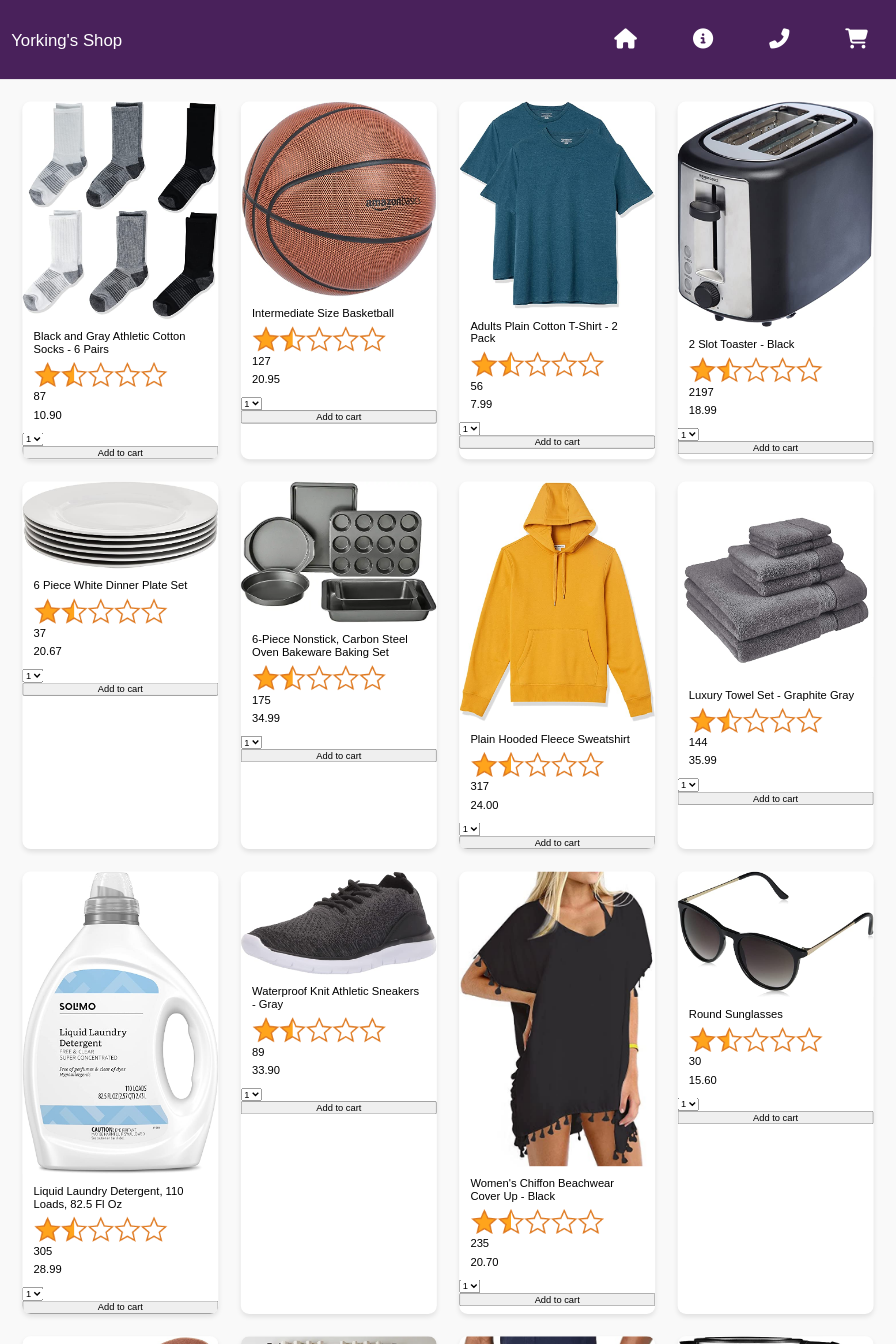
Repository: yorkings/eccomerce-website-in-js
Page: index.html
An editor plug-in stored every save of this project. The page is shown before and after a run of saves, followed by the edit.
The browser window is 1280 px wide. The pictures show the part of the page from y = 0 to 1920 px (the page is 7457 px tall), at 70% of full size.
Some web libraries are served in a nearby version.

Above is the page before, as saved 2025-05-24 17:15:47.

After the next 2 saves:
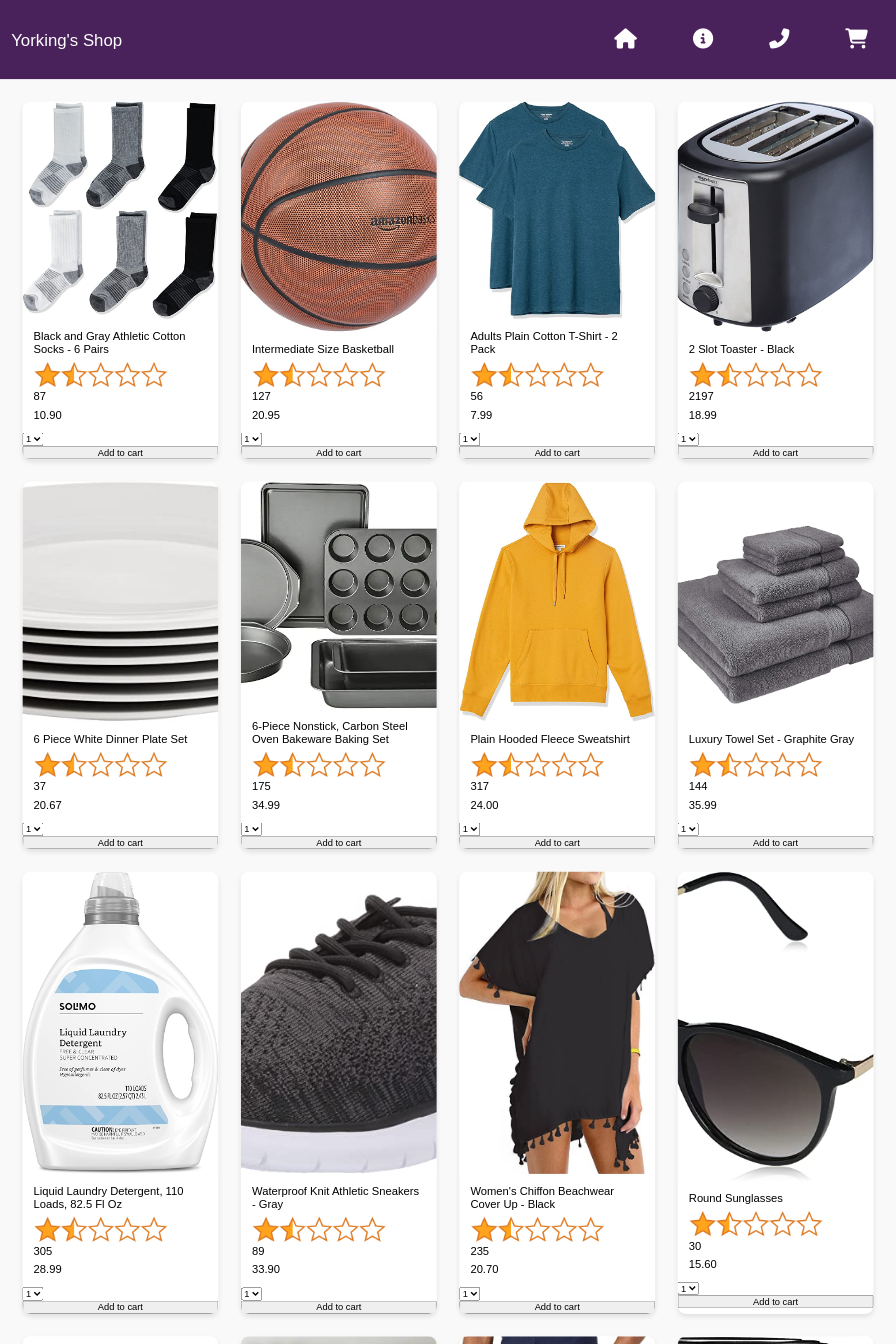
The 2 saves are shown as one change because they came seconds apart.
The last was saved 12 s later.
--- a/style.css
+++ b/style.css
@@ -75,7 +75,7 @@
   box-shadow: 0 8px 16px rgba(0,0,0,0.2);
 }
 .image{
-    height:;
+    height:70%;
     width: 100%;
     object-fit: cover;
 

After the save that followed:
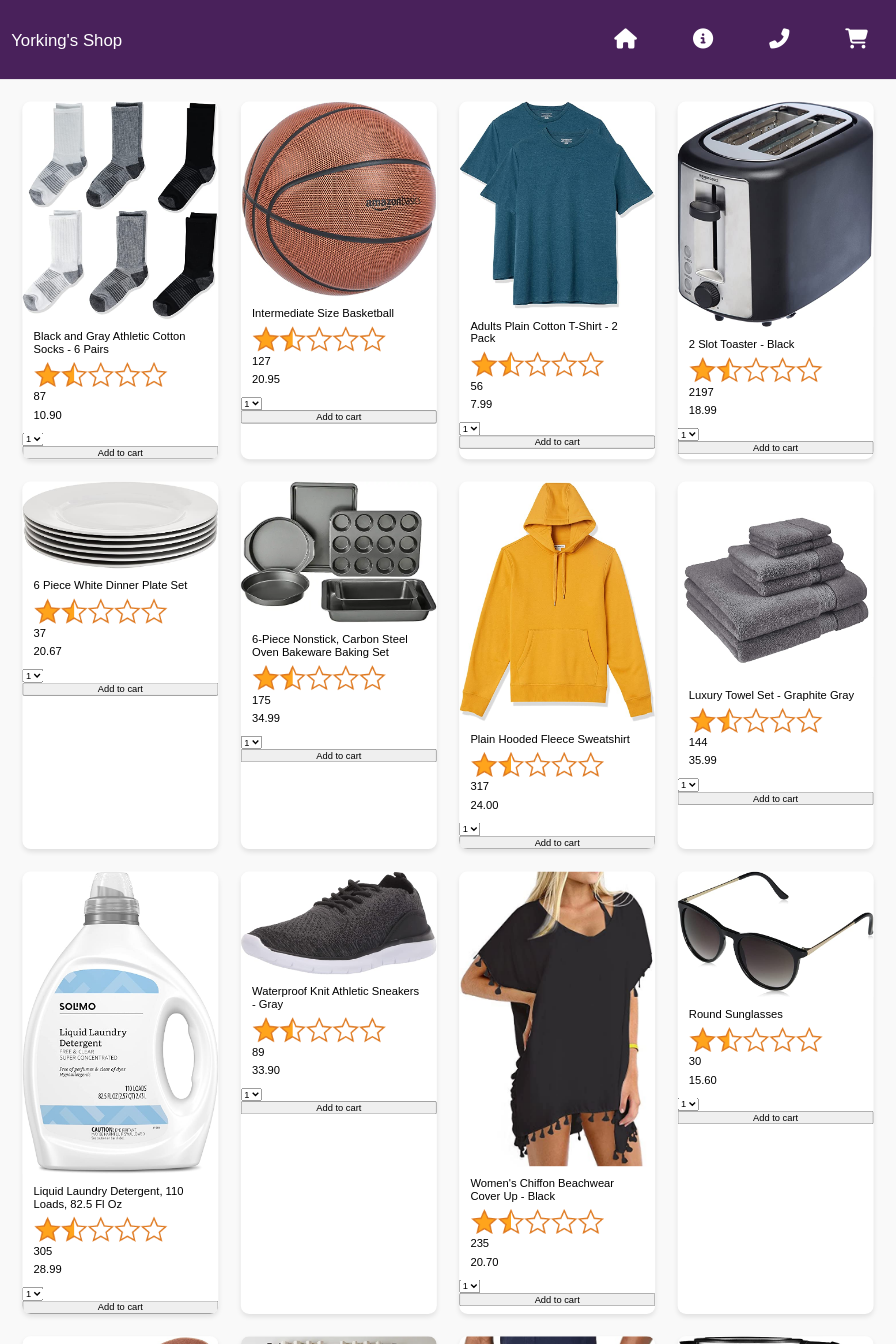
Saved 69 s later.
--- a/style.css
+++ b/style.css
@@ -75,7 +75,7 @@
   box-shadow: 0 8px 16px rgba(0,0,0,0.2);
 }
 .image{
-    height:70%;
+    height:;
     width: 100%;
     object-fit: cover;
 
